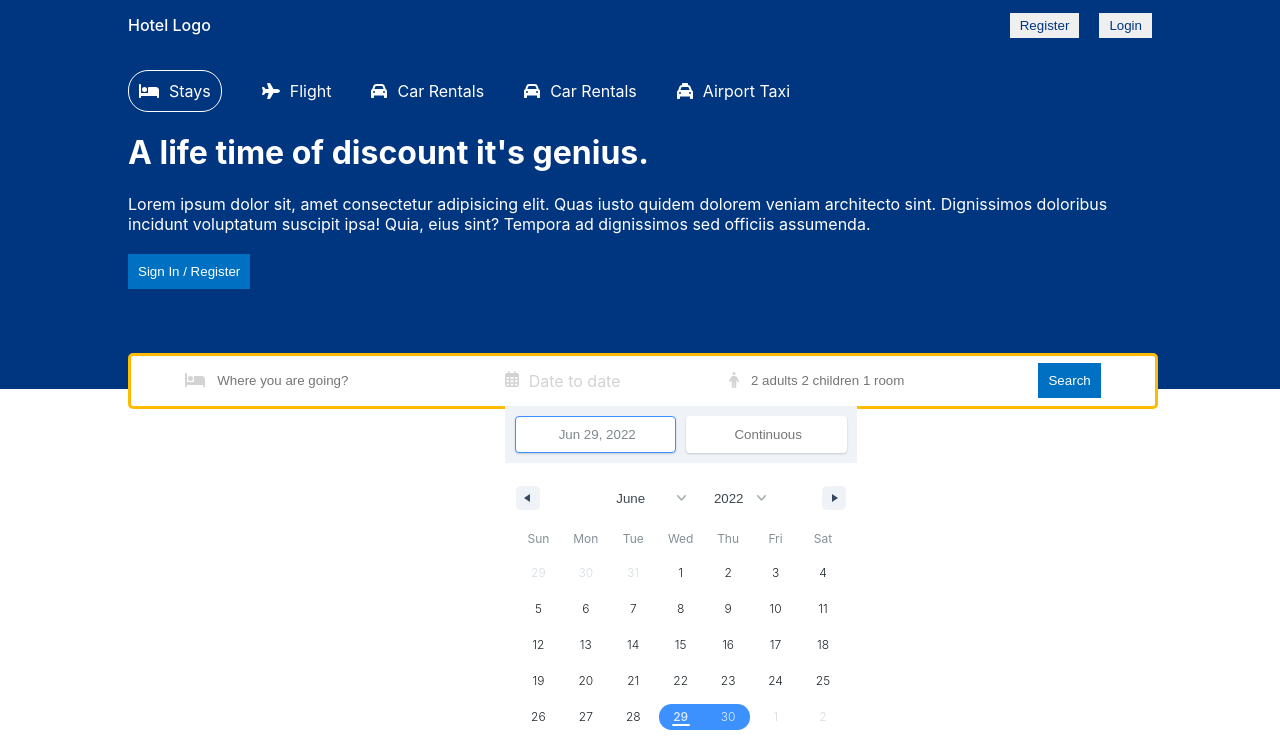
Repository: shikubro90/Booking-App
Page: /
These files come from the project's save history. The page is drawn as it stood at one moment and after the next save; the edit follows.
The browser window is 1280 px wide. The pictures show the whole page.
The project was rebuilt for these pictures with package versions that can differ from the ones it lists, and the page was loaded fresh each time. Also part of the build but not shown: src/App.css, src/pages/Hotels/Hotels.jsx. Imported but missing from the stored project, and not drawn on this page: src/pages/List/List.

Above is the page before, as saved 2022-06-29 01:24:09.

After the next save:
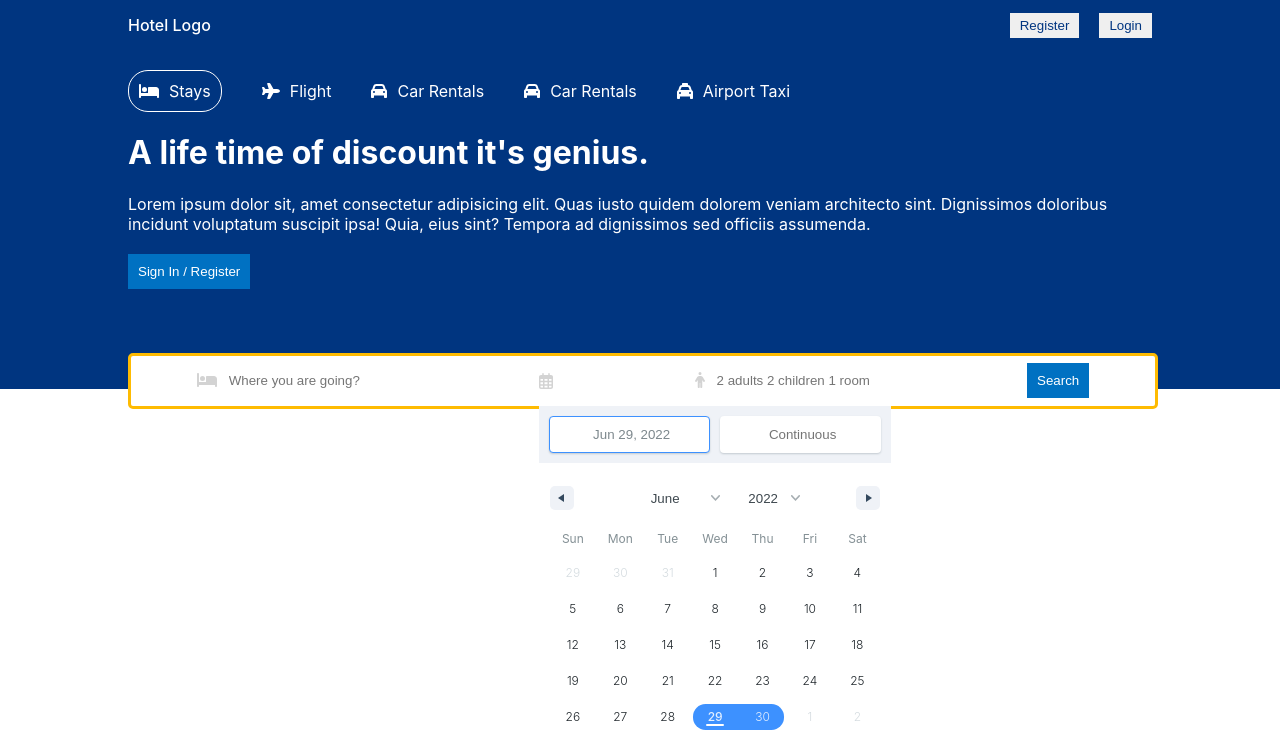
Saved 43 s later.
--- a/src/components/Header/Header.jsx
+++ b/src/components/Header/Header.jsx
@@ -62,7 +62,7 @@ const Header = () => {
 
                     <div className="headerSearchItem">
                         <FontAwesomeIcon icon={faCalendarDays} className="headerIcon" />
-                        <span className='headerSearchText'>Date to date</span>
+                        <span className='headerSearchText'></span>
                         <DateRange
                             editableDateInputs={true}
                             onChange={item => setDate([item.selection])}
